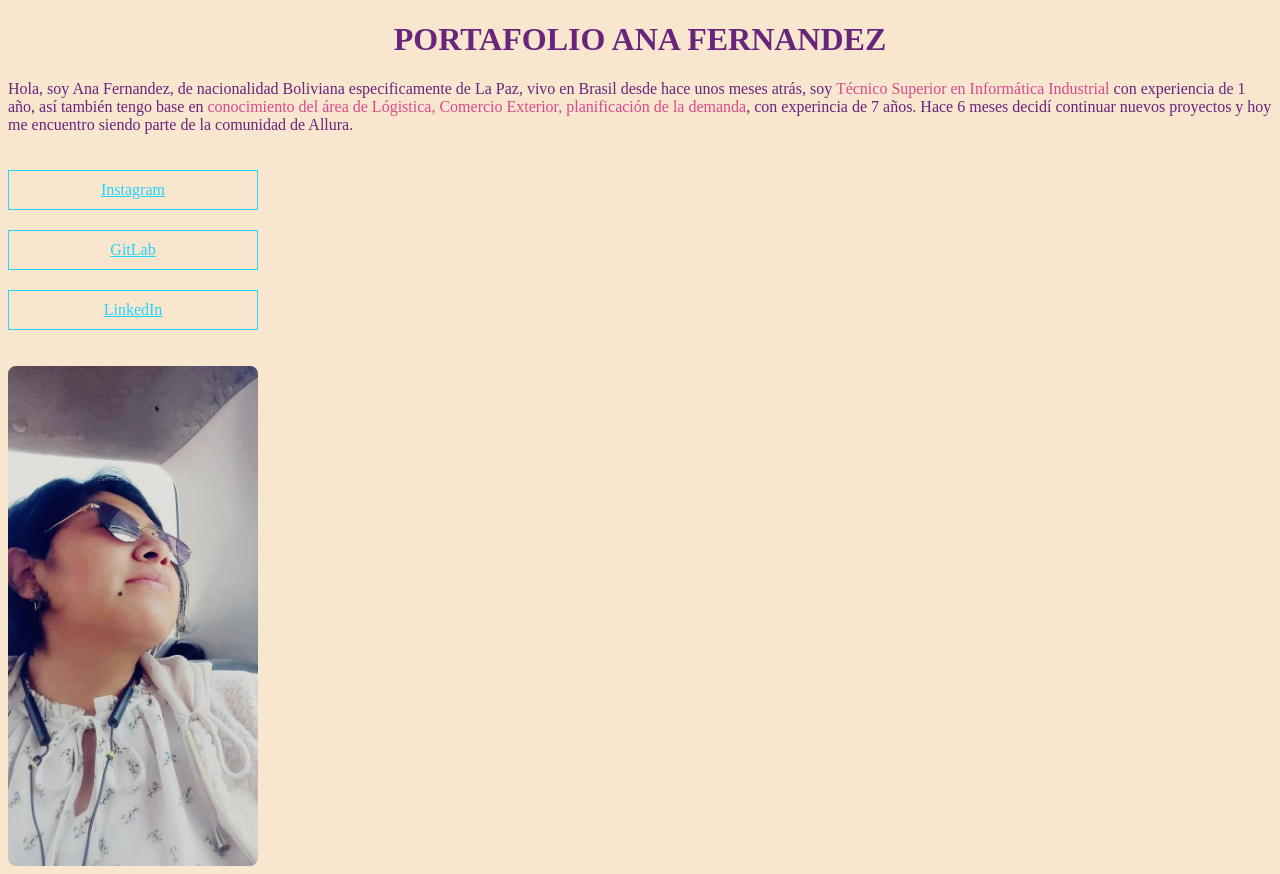
Repository: AnaFzCz/PROYECTOS-HTML---CSS2
Page: Portafolio/index.html
These files come from the project's save history. The page is drawn as it stood at one moment and after the next save; the edit follows.
The browser window is 1280 px wide. The pictures show the whole page.

Above is the page before, as saved 2025-01-23 07:39:27.

After the next save:
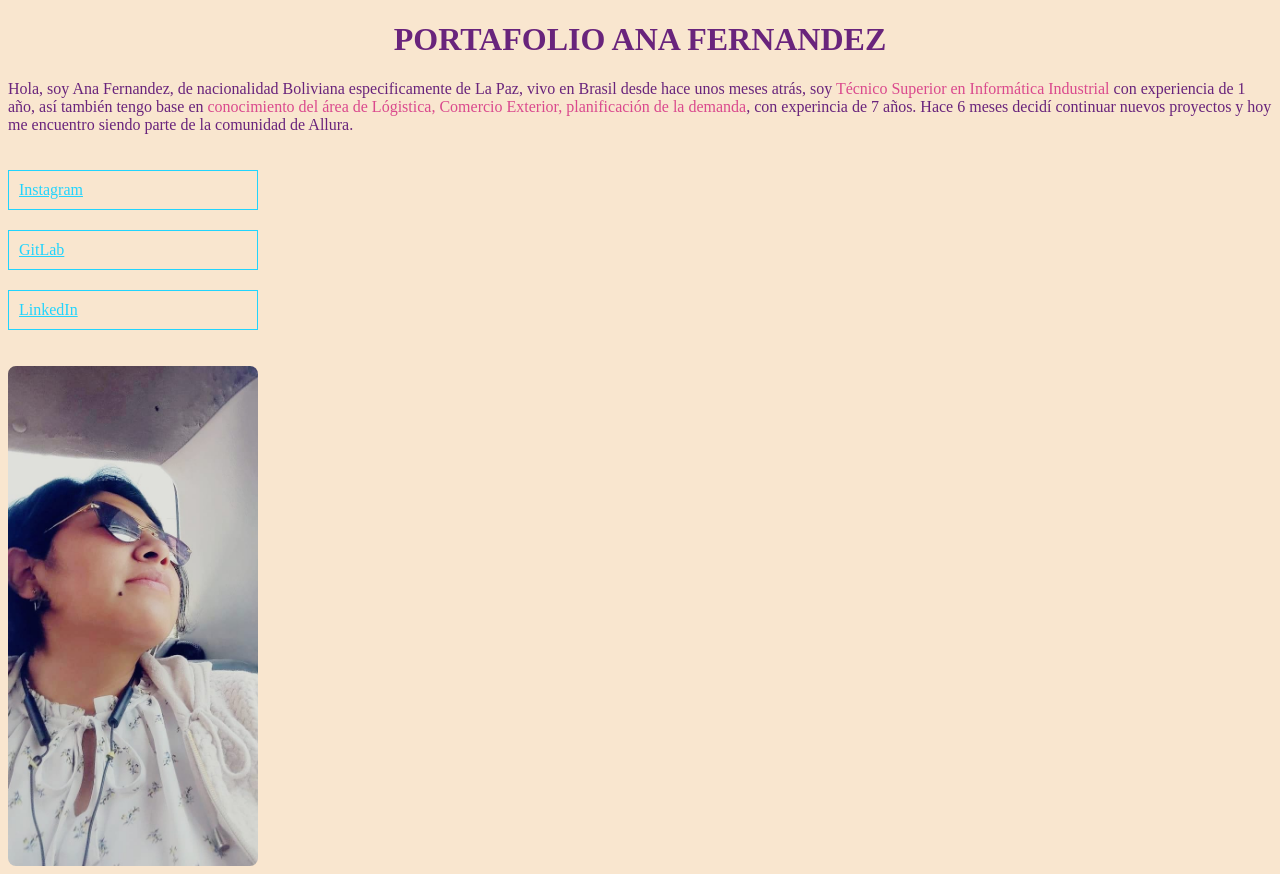
Saved 23 s later.
--- a/Portafolio/style.css
+++ b/Portafolio/style.css
@@ -34,11 +34,11 @@
     margin-top: 20px;
     display: flex;
 
-    justify-content: center;
 
   }
 
 .bloq{
 
     display:inline-block;
+    justify-content: center;
 }

After the save that followed:
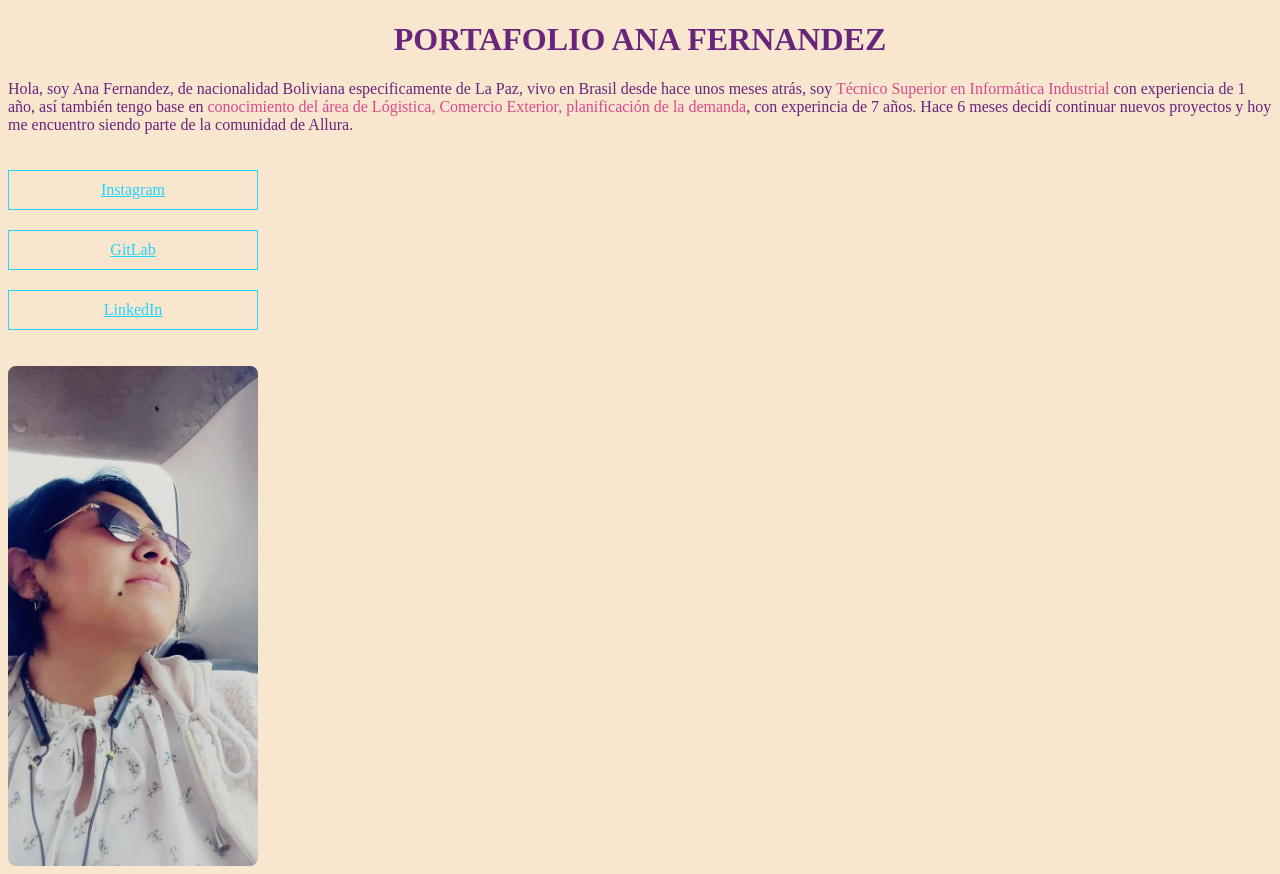
Saved 11 s later.
--- a/Portafolio/style.css
+++ b/Portafolio/style.css
@@ -33,12 +33,11 @@
 
     margin-top: 20px;
     display: flex;
-
+     justify-content: center;
 
   }
 
 .bloq{
 
     display:inline-block;
-    justify-content: center;
 }
